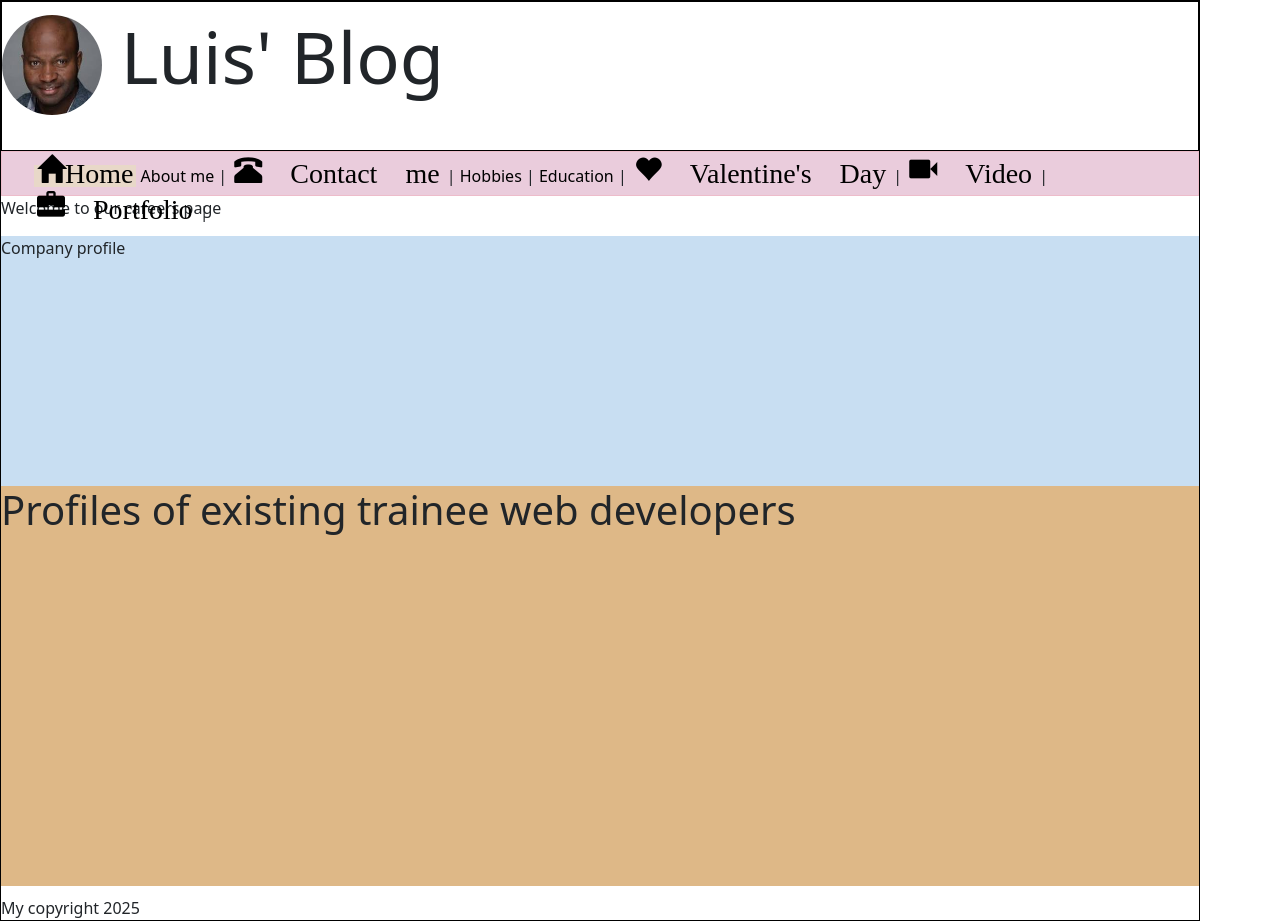
Repository: Apex-03/Apex-03.github.io
Page: careers.html
These files come from the project's save history. The page is drawn as it stood at one moment and after the next save; the edit follows.
The browser window is 1280 px wide. The pictures show the whole page.

Above is the page before, as saved 2025-05-02 14:04:23.

### careers.html
<!doctype html>
<html lang="en-GB">

<head>
<meta charset="utf-8" />
<meta name="viewport" content="width=width-device, initial-scale=1 strink-to-fit=no" />
<meta description="Website development, Web design" />
<title>Luis's Blog </title>
<link rel="stylesheet" type="text/css" href="mycss/myblog.css" />
<script type="text/javascript" src="myjsfiles/mytasks.js"/> </script>

<link rel="stylesheet" type="text/css" href="my_bootstrap/css/bootstrap.min.css" />

<link rel="stylesheet" type="text/css" href="glyphicons-only-bootstrap/css/bootstrap.min.css" />

<script type="text/javascript" src="my_bootstrap/js/bootstrap.min.js" /> </script>

<script type="text/javascript" src="my_jquery/jquery-3.7.1.min.js" /> </script>




</head>
<body>
<div id="mypage">
<div id="banner"> <img src="images/luis_photo.jpg" alt="photo of Luis Ibhiabor" width="100" height="100"/> Luis' Blog</div>
<div id="topnav">
<ul>
<li class="hm"> <a href="#" class="glyphicon glyphicon-home gi-2x">Home</a></li>
<li> <a href="#"> About me </a> </li> |
<li> <a href="#" class="glyphicon glyphicon-phone-alt gi-2x"> Contact me </a> </li> |
<li> <a href="#"> Hobbies </a> </li> |
<li> <a href="#"> Education </a> </li> |
<li> <a href="#" class="glyphicon glyphicon-heart gi-2x"> Valentine's Day</a> </li> |
<li> <a href="#" class="glyphicon glyphicon glyphicon-facetime-video gi-2x"> Video </a> </li> |
<li> <a href="#" class="glyphicon glyphicon glyphicon-briefcase gi-2x"> Portfolio </a> </li> |


</ul>
</div>

<div id="contentarea">
<p> Welcome to our careers page</p>

<div class="company_profile"><p>Company profile</p></div>

<div class="current_trainees"><h1>Profiles of existing trainee web developers</h1></div>



 </div>

<div id="pagefooter"> My copyright 2025 </div>

</div>
</body>
</html>

### mycss/myblog.css

body {
background-color: #fff;
font-family: Arial, Helvetica, sans-serif;
}

#mypage {
border: 1px solid #000;
width: 1200px;
}

#banner {
height: 150px;
border: 1px solid #000;
}

#topnav {
height: 45px;
border: 1px solid #edbcca;
}

/*Improving it starts here*/
#topnav {
background-color: #eaccdc;

}

.gi-2x{font-size: 28px; padding: 3px;}
.gi-3x{font-size: 3em;}
.gi-4x{font-size: 4em;}
.gi-5x{font-size: 5em;}


#banner img {
border-radius: 50%;

/*height: 100px; width: 100px; background-color: #ff5733; margin: auto;*/
}

/*Improving it ends here*/


#topnav ul li{
text-decoration: none;
display: inline;
}

#topnav a:link {
text-decoration: none;
color: #000;
}

#topnav a:visited {
color: #caadce;
}

#topnav a:hover {
background-color: #000;
}

#contentarea {
height: 700px;

}


#banner {
font-size: 450%;

}

.hm {
height: 25px;
background-color: #e8d8c8;
}










/*
#topnav ul li {
text-decoration: none;
display: inline;

}

https://developers.google.com/fonts/docs/getting_started

#mypage {


border: 1px solid #000;
}

*/

.company_profile {
    width: 100%;
    height: 250px;
    background-color: #c8def2;
}

.current_trainees {
    width: 100%;
    height: 400px;
    background-color:burlywood;
}

### myjsfiles/mytasks.js
/*
document.write("Hello World!");
window.alert("Welcome to my blog!");
*/

Loaded but not shown: my_bootstrap/css/bootstrap.min.css (library); glyphicons-only-bootstrap/css/bootstrap.min.css (library); my_bootstrap/js/bootstrap.min.js (library); my_jquery/jquery-3.7.1.min.js (library)

After the next save:
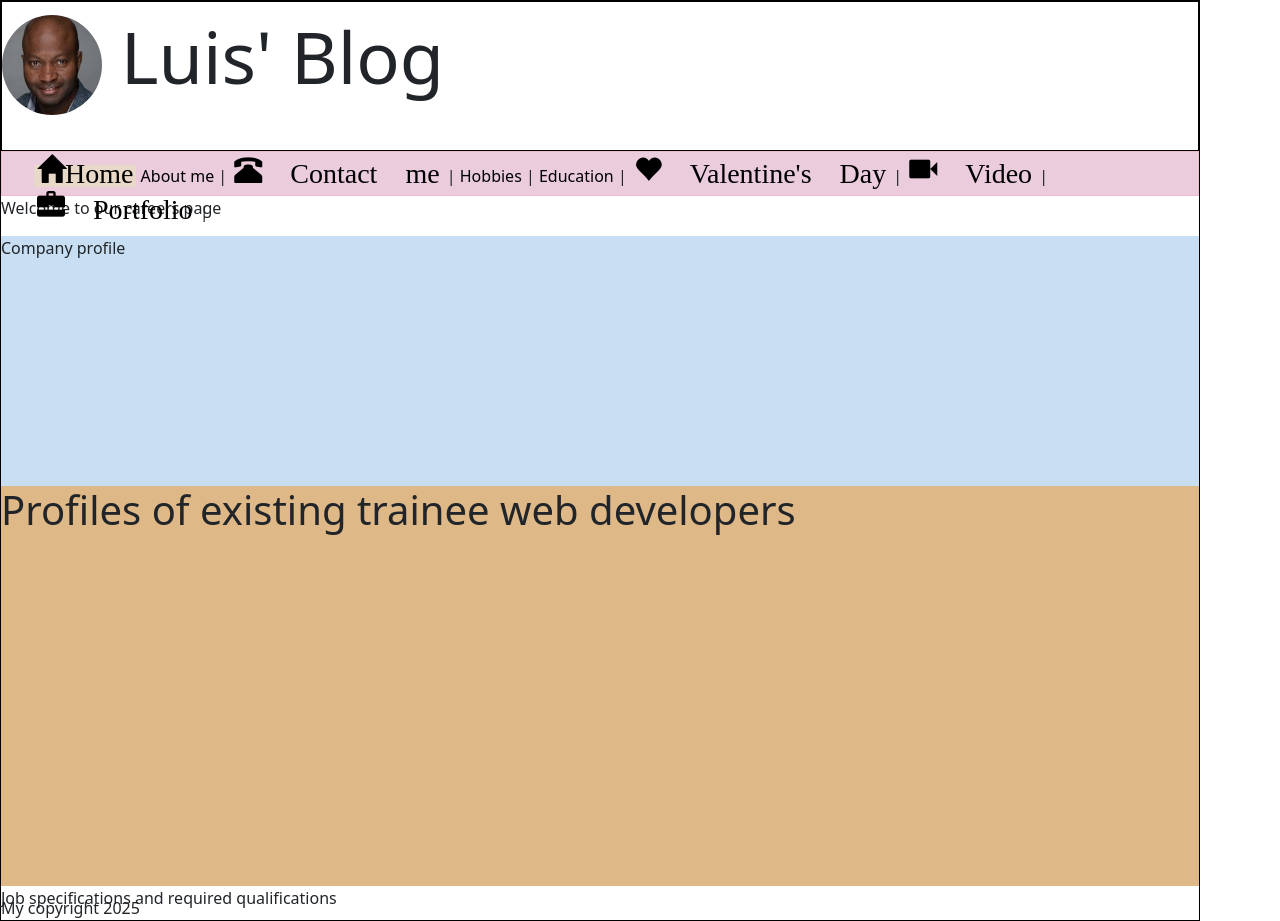
Saved 83 s later.
--- a/careers.html
+++ b/careers.html
@@ -46,6 +46,8 @@
 
 <div class="current_trainees"><h1>Profiles of existing trainee web developers</h1></div>
 
+<div class="job_spec"><p>Job specifications and required qualifications</p></div>
+
 
 
  </div>
